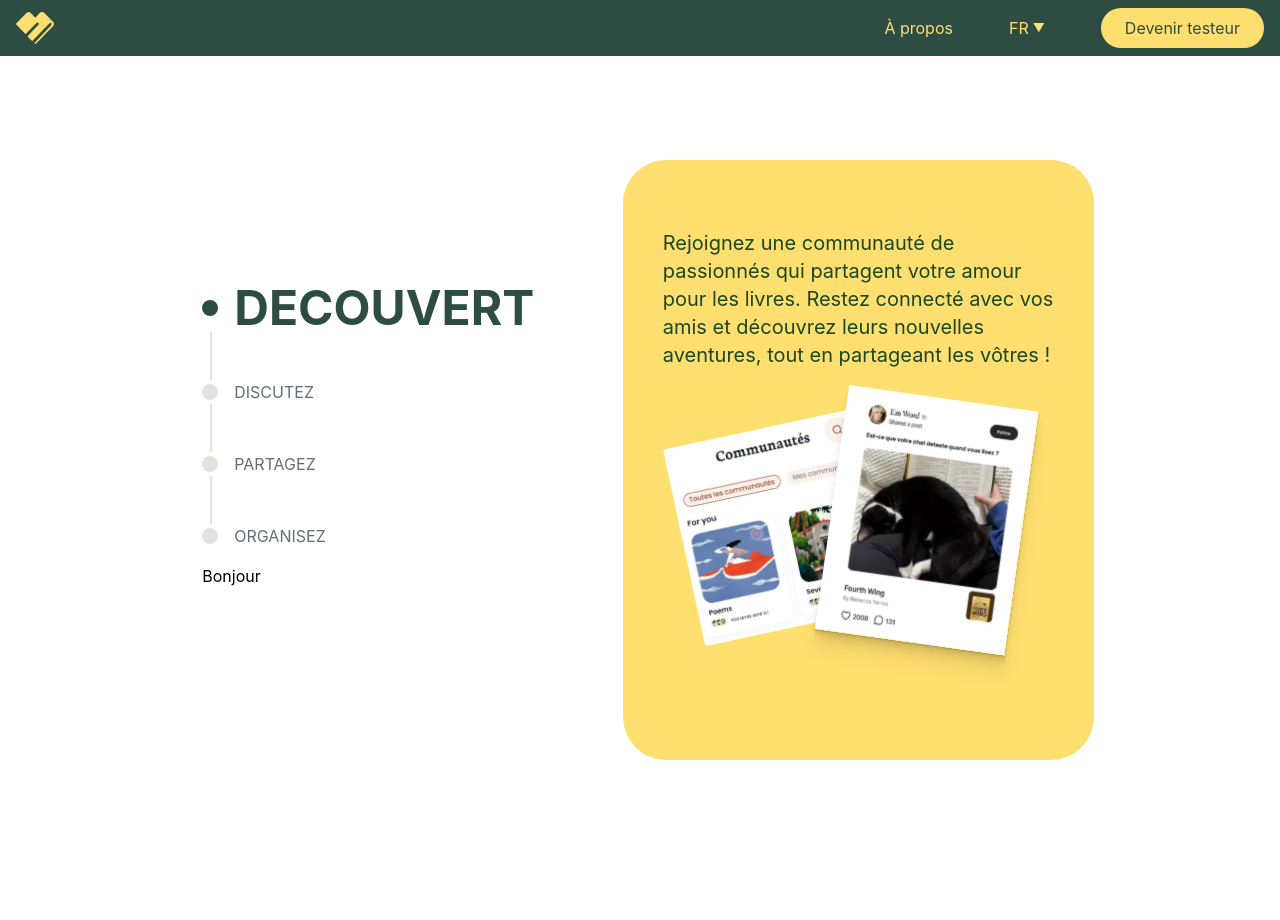
Repository: enas-elm/bookish-landing
Page: /
An editor plug-in stored every save of this project. The page is shown before and after the next save, followed by the edit.
The browser window is 1280 px wide. The pictures show the whole page.
The project was rebuilt for these pictures with package versions that can differ from the ones it lists, and the page was loaded fresh each time.

Above is the page before, as saved 2024-09-12 13:40:29.

After the next save:
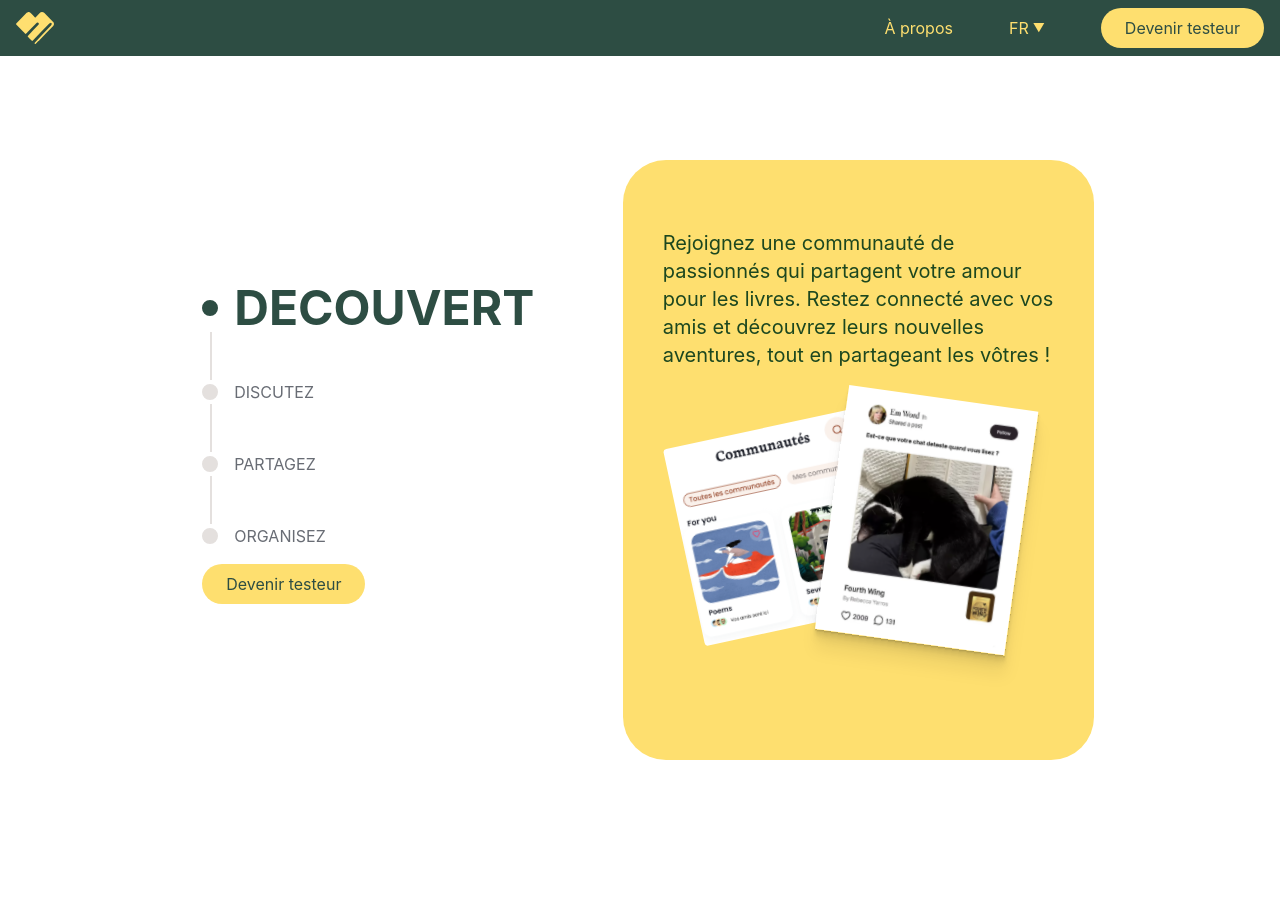
Saved 54 s later.
--- a/src/components/TimeLine.js
+++ b/src/components/TimeLine.js
@@ -105,9 +105,9 @@ function TimelineMenu() {
             )}
           </div>
         ))}
-        <div>
-          <p>Bonjour</p>
-        </div>
+        <button className="bg-yellow text-green px-6 py-2 rounded-full hover:bg-yellow-500 hover:scale-105 hover:shadow-lg transition transform duration-300 ease-in-out">
+          Devenir testeur
+        </button>
       </div>
 
       {/* Details Section */}
